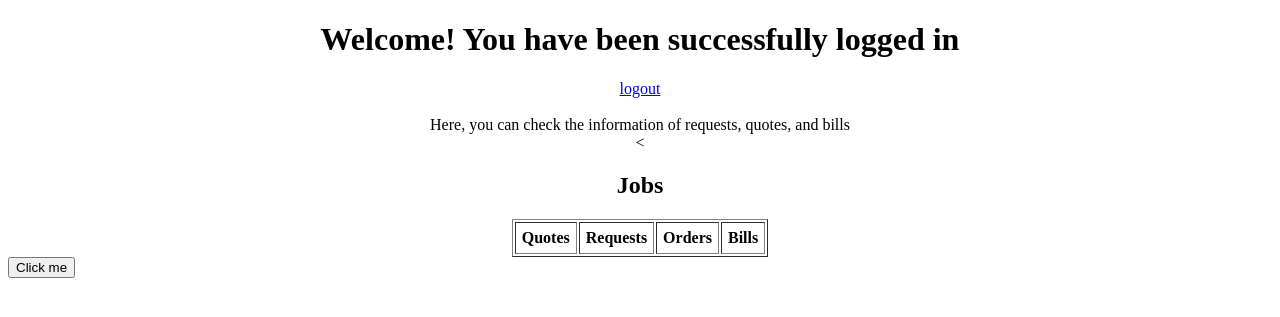
Repository: Sahithkonuganti/DatabaseProject
Page: http://localhost/database/clientpage.jsp
An editor plug-in stored every save of this project. The page is shown before and after the next save, followed by the edit.
The browser window is 1280 px wide. The pictures show the whole page.
The page is served by Tomcat 9. Other server files are loaded and not shown.

Above is the page before, as saved 2023-10-28 17:32:49.

### database/WebContent/clientpage.jsp
<%@ page language="java" contentType="text/html; charset=ISO-8859-1"
    pageEncoding="ISO-8859-1"%>
<%@ taglib uri="http://java.sun.com/jsp/jstl/core" prefix="c" %>

<!DOCTYPE html>
<html>
<head>
<meta charset="ISO-8859-1">
<title>Client page</title>
</head>
<!--  originally called activitypage.jsp -->
<center><h1>Welcome! You have been successfully logged in</h1> </center>


	<body>
	<center>
	<a href="login.jsp"target ="_self" > logout</a><br><br>
		<a>Here, you can check the information of requests, quotes, and bills</a>
			<div align="center"><<table border="1" cellpadding="6">
			<caption><h2>Jobs</h2></caption>
				<tr>
					<th>Quotes</th>
					<th>Requests</th>
					<th>Orders</th>
					<th>Bills</th>
				</tr>
			</table>
		</div>
		</center>
		<form action = InitalRequest.jsp>
		<button>Click me</button>
		<!-- <input type = "submit" value = "Request inital quote"/> -->

	</form>
	</body>
	</html>

After the next save:
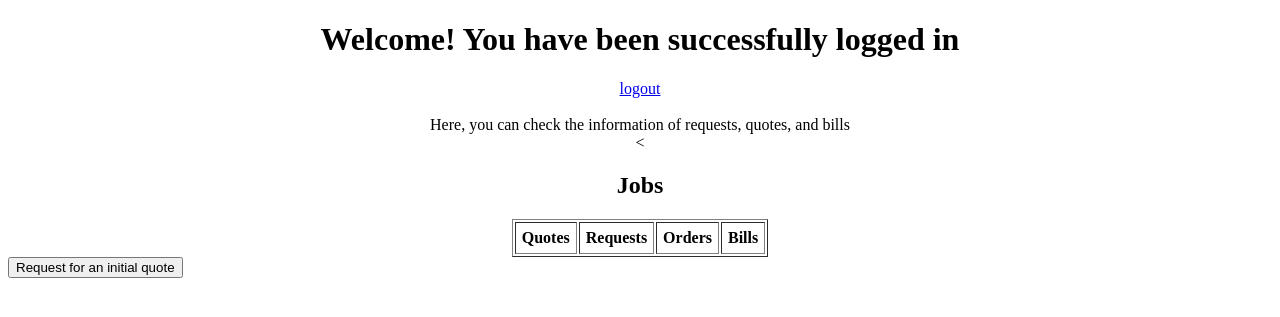
Saved 90 min 50 s later.
--- a/database/WebContent/clientpage.jsp
+++ b/database/WebContent/clientpage.jsp
@@ -28,7 +28,7 @@
 		</div>
 		</center>
 		<form action = InitalRequest.jsp>
-		<button>Click me</button>
+		<button>Request for an initial quote</button>
 		<!-- <input type = "submit" value = "Request inital quote"/> -->
 
 	</form>
